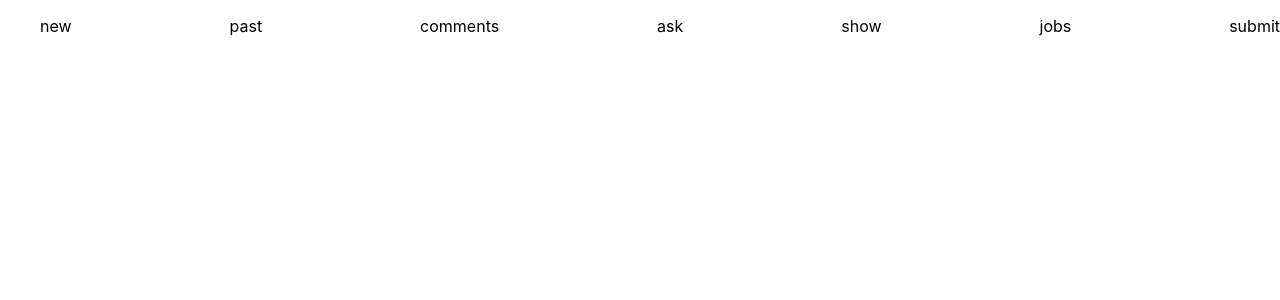
Repository: drking445/Hacker-News
Page: / (app in news/)
The author's editor kept a copy of each file at every save. The page is drawn from the files as they stood at one save, then again after the next save.
The browser window is 1280 px wide. The pictures show the whole page.
The page's requests for data from a server got no answer. The project was rebuilt for these pictures with package versions that can differ from the ones it lists, and the page was loaded fresh each time. No one was signed in, and anything a server would have sent is missing. Also part of the build but not shown: news/src/App.css, news/src/App.js.

Above is the page before, as saved 2019-05-22 18:27:22.

After the next save:
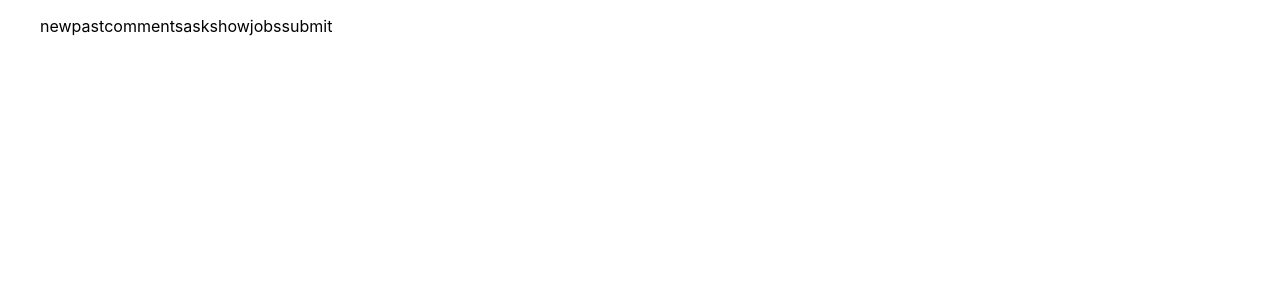
Saved 11 s later.
--- a/news/src/Stories/index.jsx
+++ b/news/src/Stories/index.jsx
@@ -36,8 +36,7 @@
       display: "flex",
       flexDirection: "row",
       flexWrap: "wrap",
-      listStyle: "none",
-      justifyContent: "space-between"
+      listStyle: "none"
     };
 
     const listStyle = {
